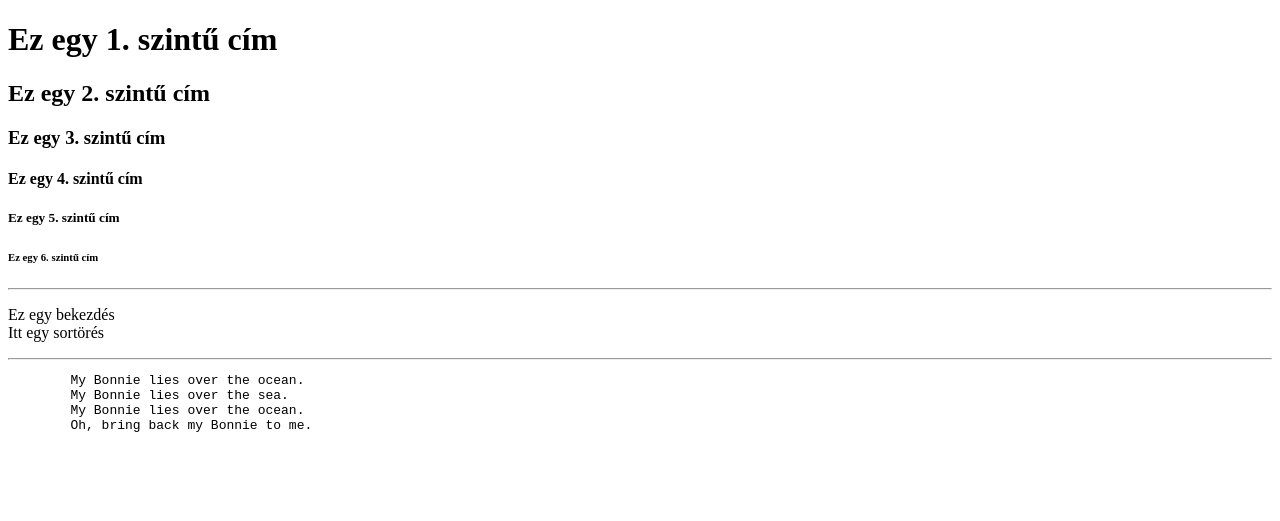
Repository: doomhyena/Web
Page: 2.óra/inedx.html
These files come from the project's save history. The page is drawn as it stood at one moment and after the next save; the edit follows.
The browser window is 1280 px wide. The pictures show the whole page.

Above is the page before, as saved 2024-09-13 11:22:01.

After the next save:
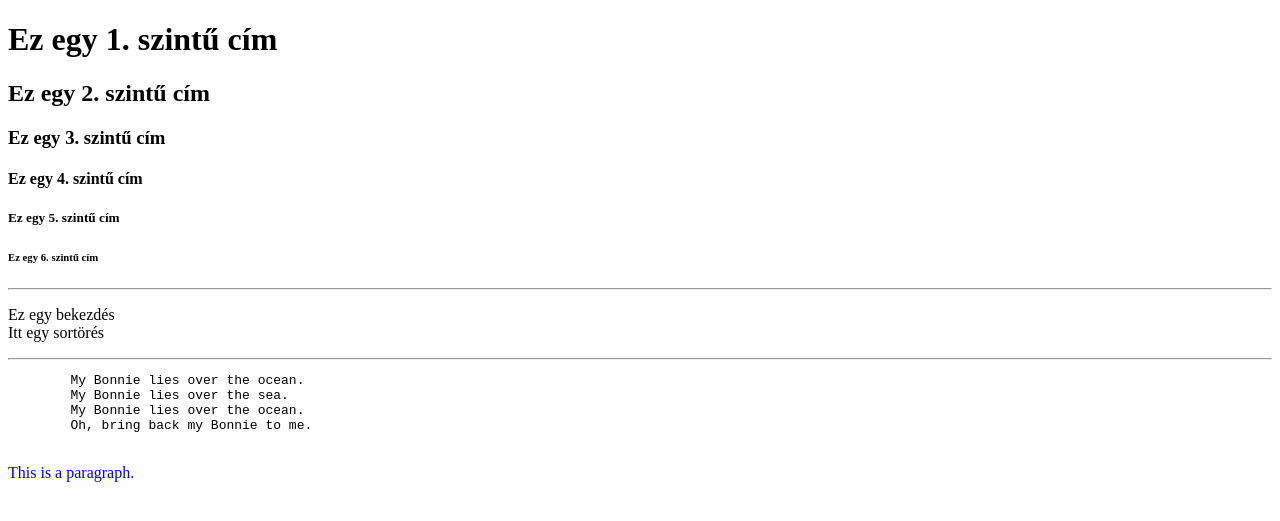
Saved 50 s later.
--- a/2.óra/inedx.html
+++ b/2.óra/inedx.html
@@ -28,5 +28,6 @@
         My Bonnie lies over the ocean.
         Oh, bring back my Bonnie to me.
     </pre>
+    <p style="color:blue;">This is a paragraph.</p>
    </body>
 </html>
